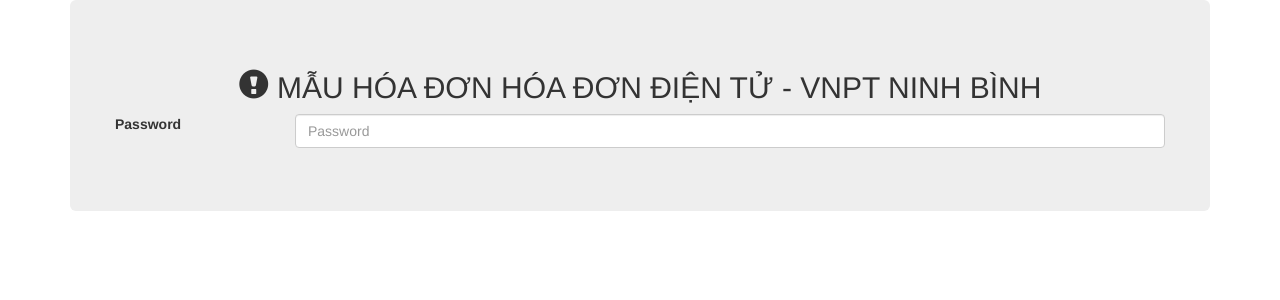
Repository: hoadonvnptninhbinh/hoadonvnptninhbinh
Page: index.html
These files come from the project's save history. The page is drawn as it stood at one moment and after the next save; the edit follows.
The browser window is 1280 px wide. The pictures show the whole page.

Above is the page before, as saved 2020-04-07 14:23:25.

### index.html
<!DOCTYPE html>
<html lang="en">
  <head>
    <meta charset="utf-8">
    <meta http-equiv="X-UA-Compatible" content="IE=edge">
    <meta name="viewport" content="width=device-width, initial-scale=1">
    <!-- The above 3 meta tags *must* come first in the head; any other head content must come *after* these tags -->
    <title>VNPT Ninh Bình - Mẫu Hóa Đơn HDĐT</title>

    <!-- Bootstrap -->
    <link href="plugin/bootstrap/css/bootstrap.min.css" rel="stylesheet">
    <link href="plugin/bootstrap/css/bootstrap-theme.min.css" rel="stylesheet">

  </head>
  <body>
      <div class='container'>
          <div class="jumbotron">
            <h2 style="text-align: center;"><span class="glyphicon glyphicon-exclamation-sign"></span> MẪU HÓA ĐƠN HÓA ĐƠN ĐIỆN TỬ - VNPT NINH BÌNH</h2>
            <div class="row">
                <div class="form-group row">
                    <label for="inputPassword" class="col-sm-2 col-form-label">Password</label>
                    <div class="col-sm-10">
                      <input type="password" class="form-control" id="inputPassword" placeholder="Password">
                    </div>
                </div>
            </div>
          </div>
      </div>

    <!-- jQuery (necessary for Bootstrap's JavaScript plugins) -->
    <script src="js/jquery.min.js"></script>
    <!-- Include all compiled plugins (below), or include individual files as needed -->
    <script src="plugin/bootstrap/js/bootstrap.min.js"></script>
  </body>
</html>

Loaded but not shown: plugin/bootstrap/css/bootstrap.min.css (library); plugin/bootstrap/css/bootstrap-theme.min.css (library); js/jquery.min.js (library); plugin/bootstrap/js/bootstrap.min.js (library)

After the next save:
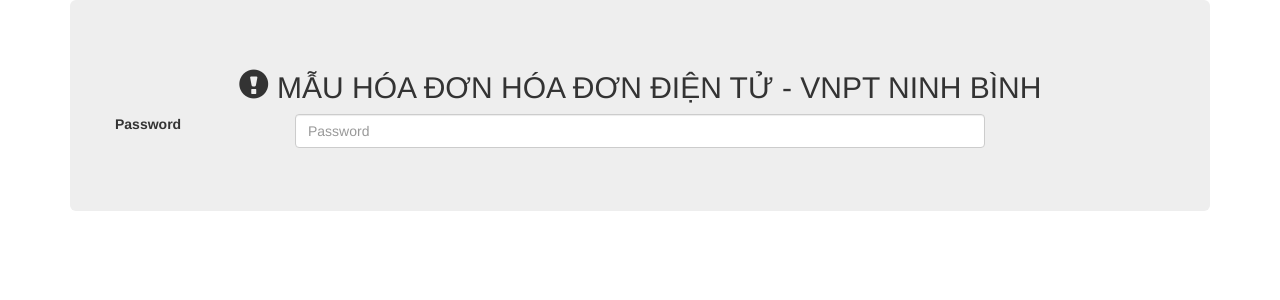
Saved 34 s later.
--- a/index.html
+++ b/index.html
@@ -19,7 +19,7 @@
             <div class="row">
                 <div class="form-group row">
                     <label for="inputPassword" class="col-sm-2 col-form-label">Password</label>
-                    <div class="col-sm-10">
+                    <div class="col-sm-8">
                       <input type="password" class="form-control" id="inputPassword" placeholder="Password">
                     </div>
                 </div>
